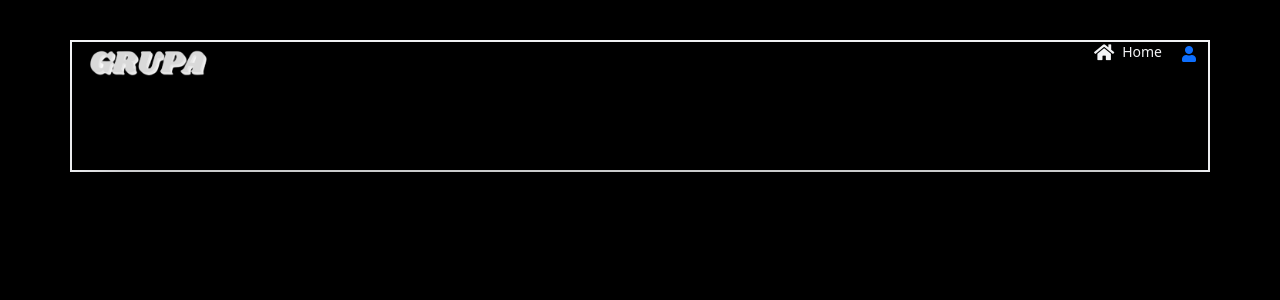
Repository: latenightsnacc/urban-pancake
Page: index.html
The author's editor kept a copy of each file at every save. The page is drawn from the files as they stood at one save, then again after the next save.
The browser window is 1280 px wide. The pictures show the whole page.
Some web libraries are served in a nearby version.

Above is the page before, as saved 2021-04-30 14:14:35.

### index.html
<!DOCTYPE html>
<html lang="en">
<head>
    <meta charset="UTF-8">
    <meta http-equiv="X-UA-Compatible" content="IE=edge">
    <meta name="viewport" content="width=device-width, initial-scale=1.0">
    <!--Tailwind Css-->
    <link href="https://unpkg.com/tailwindcss@^2/dist/tailwind.min.css" rel="stylesheet">
    <!--Bootstrap CSS-->
    <link href="https://cdn.jsdelivr.net/npm/bootstrap@5.0.0-beta3/dist/css/bootstrap.min.css" rel="stylesheet" integrity="sha384-eOJMYsd53ii+scO/bJGFsiCZc+5NDVN2yr8+0RDqr0Ql0h+rP48ckxlpbzKgwra6" crossorigin="anonymous">
    <!--Font Awesome 5 CDN-->
    <link href="https://cdnjs.cloudflare.com/ajax/libs/font-awesome/5.13.0/css/all.min.css" rel="stylesheet">
    <!--Material Icons-->
    <link href="https://fonts.googleapis.com/css?family=Material+Icons|Material+Icons+Outlined|Material+Icons+Two+Tone|Material+Icons+Round|Material+Icons+Sharp" rel="stylesheet">
    <!--Google Font-->
    <link rel="preconnect" href="https://fonts.gstatic.com">
    <link href="https://fonts.googleapis.com/css2?family=Archivo:wght@400;700&display=swap" rel="stylesheet">
    <title>GRUPA</title>
</head>
<body class="bg-black pt-10">
    <main class="wrapper container border-2 border-gray-100">
        <!--Header-->
        <header class="shadow-2xl">
            <nav class="flex flex-row justify-between">
                <a href="index.html">
                    <div class="h-32 w-32">
                        <img class="w-full" src="./assets/logo/LOGO-shadow.png" >
                    </div>

                </a>

                <ul class="flex flex-row">
                    <li class="mr-5">
                        <a href="index.html" class="flex flex-row items-center text-lg text-gray-100 no-underline">
                            <i class="fas fa-home"></i>
                            <span class="ml-2 hidden md:block capitalize text-sm">home</span>
                        </a>
                    </li>
                    <li>
                        <a href="#">
                            <i class="fas fa-user"></i>
                        </a>
                    </li>
                </ul>
            </nav>
        </header>

        <!--End of Header-->
    </main>
    <!--bootstrap JS-->
    <script src="https://cdn.jsdelivr.net/npm/bootstrap@5.0.0-beta3/dist/js/bootstrap.bundle.min.js" integrity="sha384-JEW9xMcG8R+pH31jmWH6WWP0WintQrMb4s7ZOdauHnUtxwoG2vI5DkLtS3qm9Ekf" crossorigin="anonymous"></script>
</body>
</html>

After the next save:
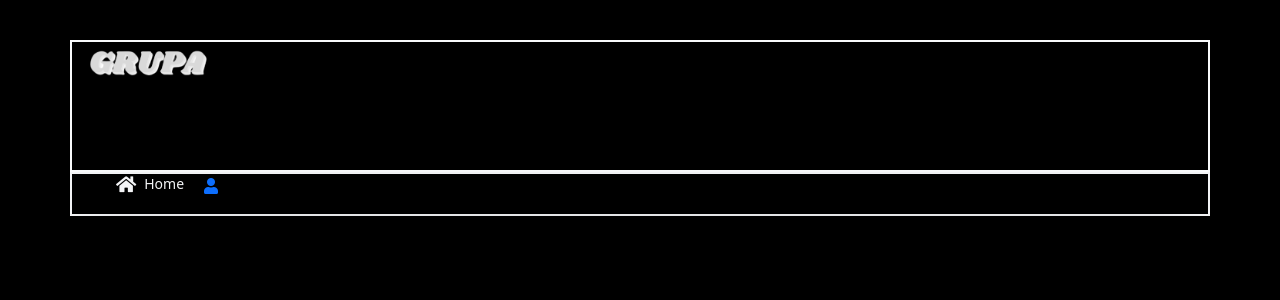
Saved 4 min 54 s later.
--- a/index.html
+++ b/index.html
@@ -18,16 +18,25 @@
     <title>GRUPA</title>
 </head>
 <body class="bg-black pt-10">
-    <main class="wrapper container border-2 border-gray-100">
-        <!--Header-->
-        <header class="shadow-2xl">
-            <nav class="flex flex-row justify-between">
+    <main class="container border-2 border-gray-50">
+        <div class="w-full flex flex-row">
+            <div class="w-1/6">
                 <a href="index.html">
                     <div class="h-32 w-32">
                         <img class="w-full" src="./assets/logo/LOGO-shadow.png" >
                     </div>
 
                 </a>
+            </div>
+            <div class="w-5/6"></div>
+        </div>
+    </main>
+
+    <main class="wrapper container border-2 border-gray-100">
+        <!--Header-->
+        <header class="shadow-2xl">
+            <nav class="flex flex-row justify-between">
+
 
                 <ul class="flex flex-row">
                     <li class="mr-5">
